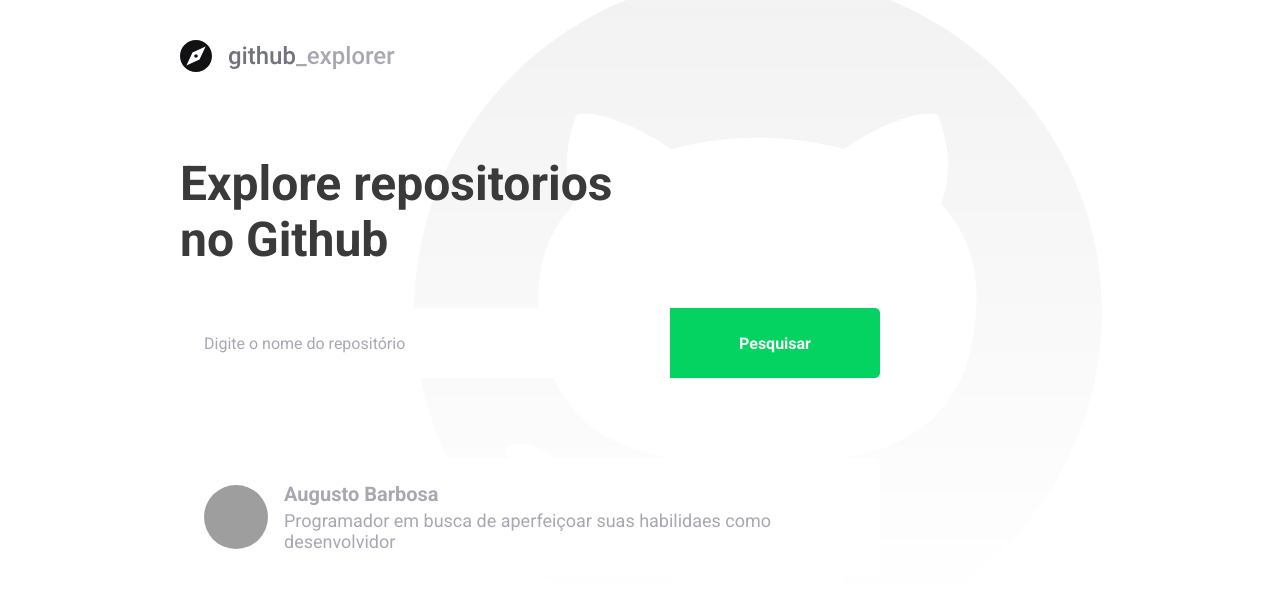
Repository: gutobarbosa/FrontEndLojaVirtual
Page: /
An editor plug-in stored every save of this project. The page is shown before and after the next save, followed by the edit.
The browser window is 1280 px wide. The pictures show the whole page.
Pictures or frames that could not be fetched are drawn as grey boxes. The project was rebuilt for these pictures with package versions that can differ from the ones it lists, and the page was loaded fresh each time. Also part of the build but not shown: src/pages/Repository/index.tsx.

Above is the page before, as saved 2020-09-06 21:11:37.

After the next save:
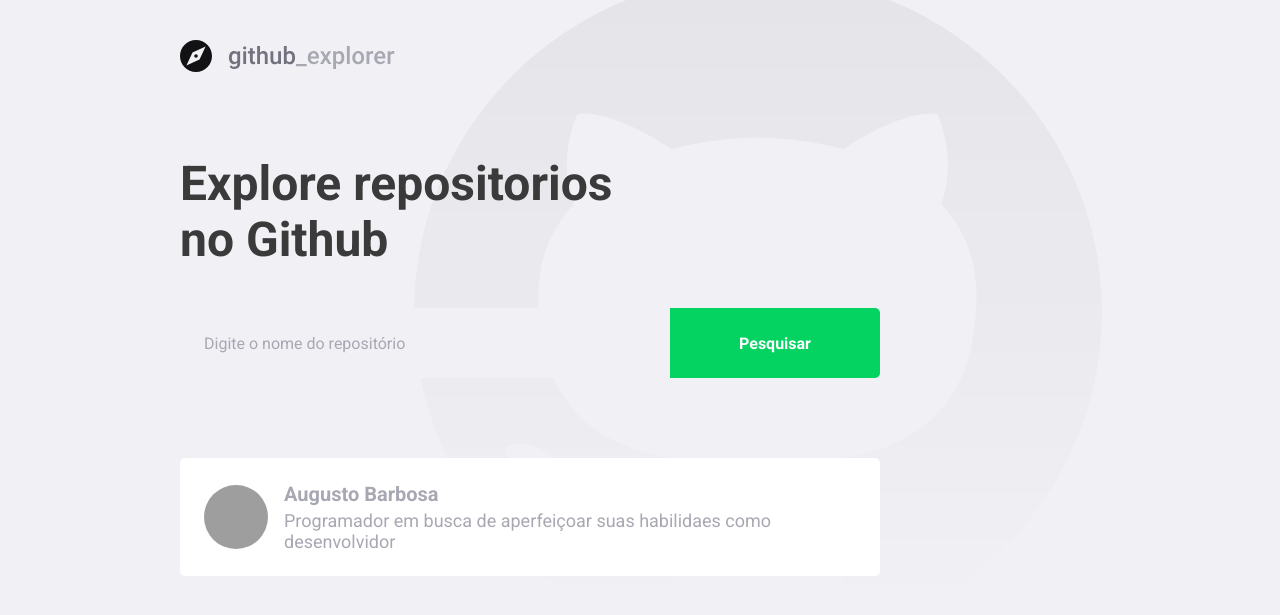
Saved 15 s later.
--- a/src/styles/global.ts
+++ b/src/styles/global.ts
@@ -10,14 +10,14 @@
 }
 
  body{
-    background-color: #F0F0F5;
+
     -webkit-font-smoothing: antialiased;
     background: url(${subpageimage}) no-repeat 70% top;
 
  }
  input, body, button {
      font: 16px Roboto, sans-serif;
-
+     background-color: #F0F0F5;
  }
  #root {
     max-width: 960px;

After the 4 saves that followed:
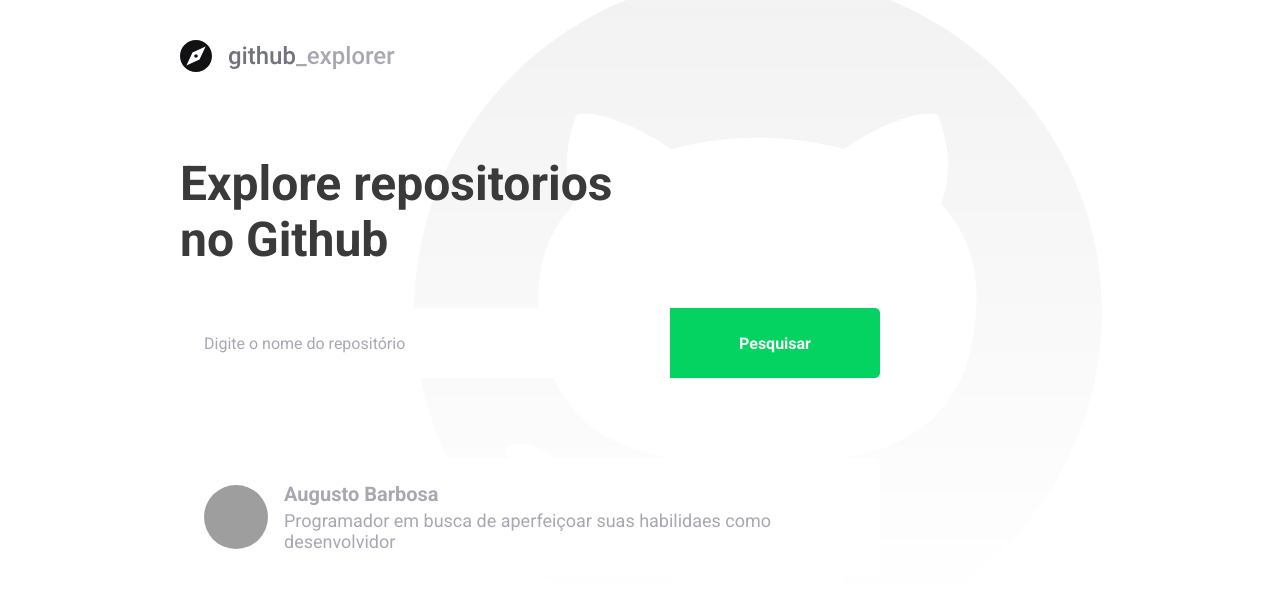
The 4 saves are shown as one change because 3 left the picture as it was.
The last was saved 97 s later.
--- a/src/styles/global.ts
+++ b/src/styles/global.ts
@@ -10,14 +10,14 @@
 }
 
  body{
-
+    background: #F0F0F5;
     -webkit-font-smoothing: antialiased;
     background: url(${subpageimage}) no-repeat 70% top;
 
  }
  input, body, button {
      font: 16px Roboto, sans-serif;
-     background-color: #F0F0F5;
+
  }
  #root {
     max-width: 960px;
